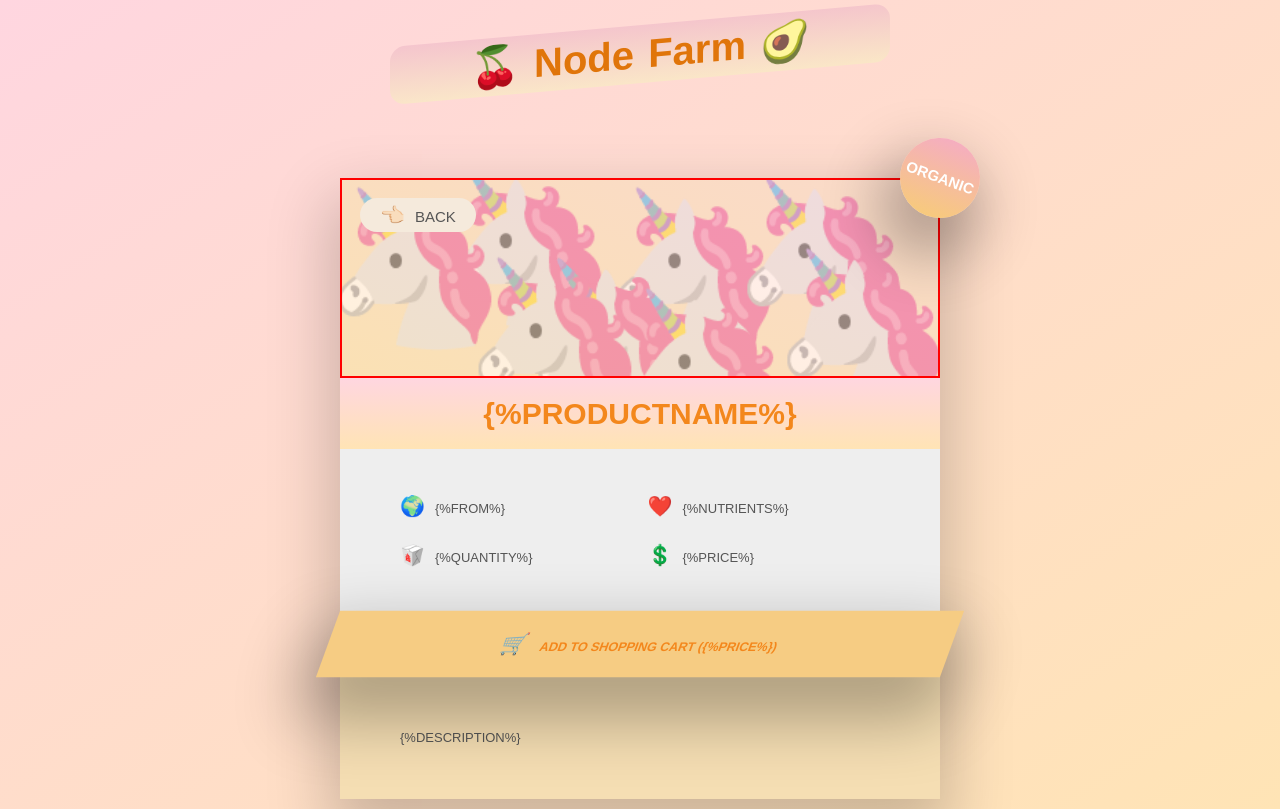
Repository: Kubraaygun/NodeFarm_Backend
Page: templates/product.html
These files come from the project's save history. The page is drawn as it stood at one moment and after a run of saves; the edit follows.
The browser window is 1280 px wide. The pictures show the whole page.

Above is the page before, as saved 2025-09-09 23:19:17.

After the next 3 saves:
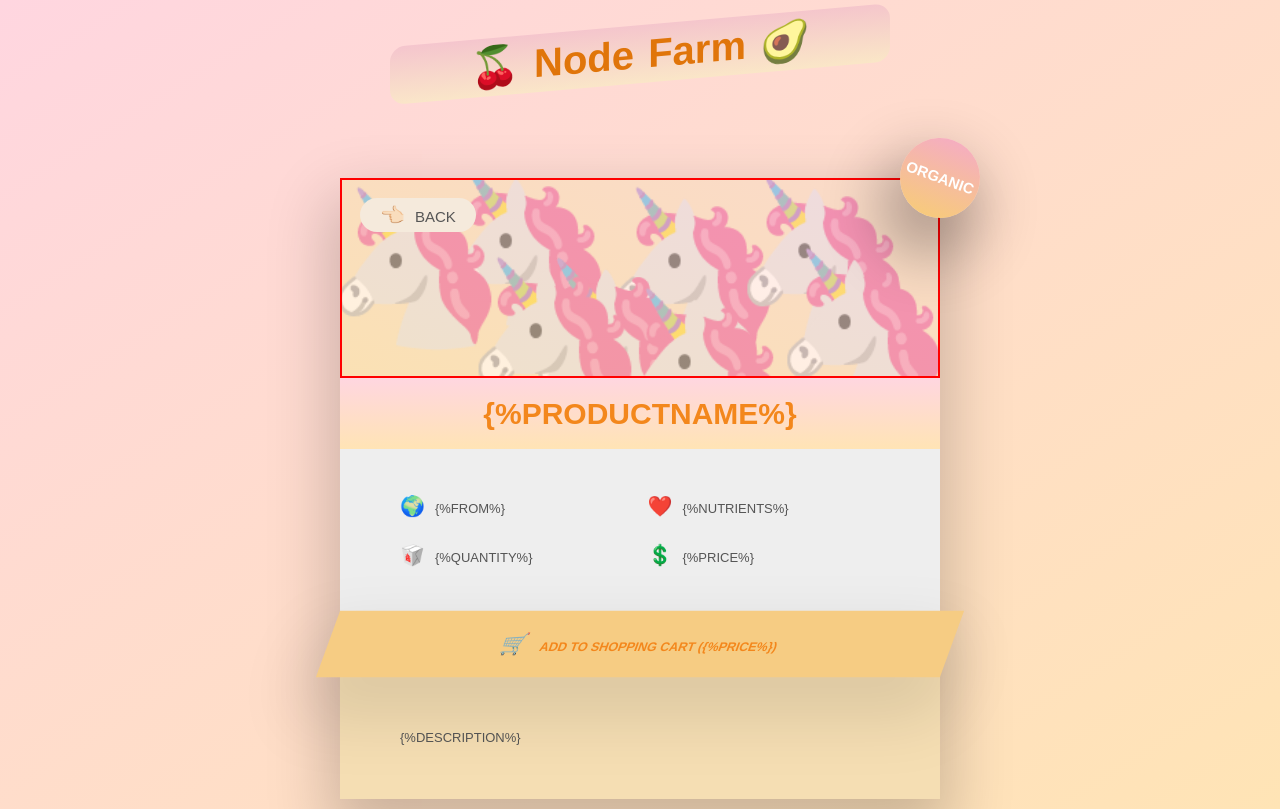
The 3 saves are shown as one change because they came seconds apart.
The last was saved 9 s later.
--- a/templates/product.html
+++ b/templates/product.html
@@ -204,7 +204,7 @@
         text-align: center;
         padding: 1.5rem;
         transform: scale(1.04) skewX(-20deg);
-        box-shadow: 0 3rem 6rem 1rem rgba(0, 0, 0, 0.3);
+        box-shadow: 0 3rem 6rem 1rem rgba(0, 0, 0, 0.1);
       }
 
       .emoji-left {
